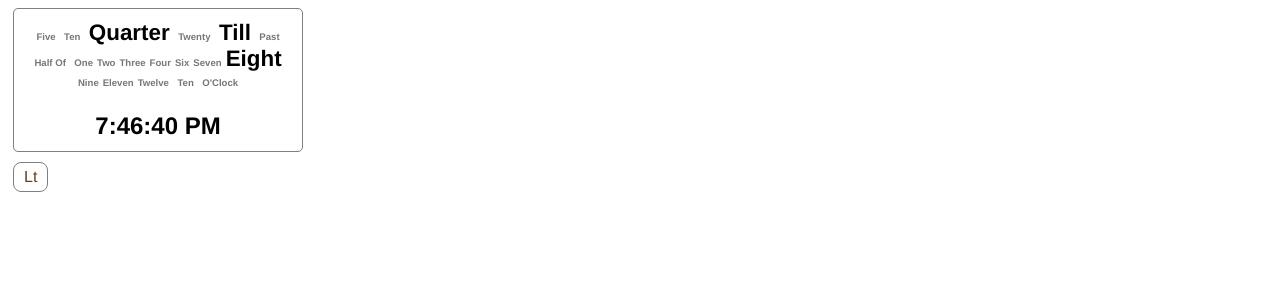
Repository: Skaidrius/WordClock
Page: index.html
The author's editor kept a record of every edit. The page is drawn from the files as they stood at one moment, then again after the next edit.
The browser window is 1280 px wide. The pictures show the whole page.
Some web libraries are served in a nearby version.

Above is the page before.

After the next edit:
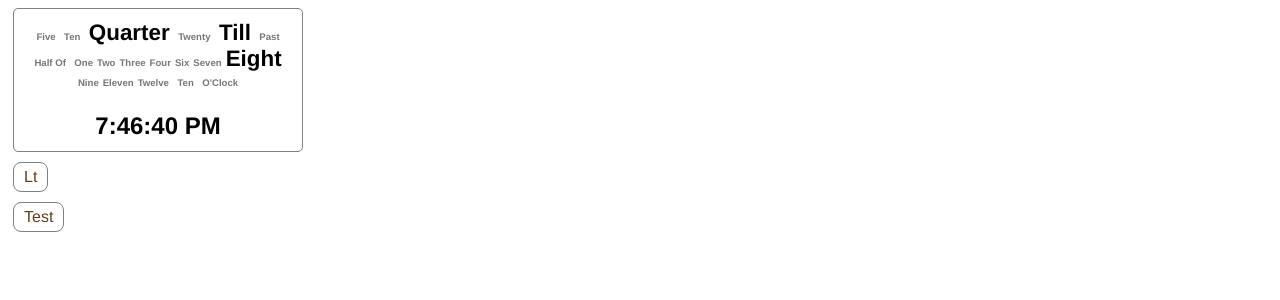
The edit:
--- a/index.html
+++ b/index.html
@@ -25,7 +25,7 @@
 
 
         <div ng-controller="TestController" ng-init="currHours = '1'; currMins = '0'; currSecs = '0'">
-            <button ng-show="settings" ng-init="show=false;" ng-click="show=!show">Test</button>
+            <button ng-init="show=false;" ng-click="show=!show">Test</button>
             <div ng-show="show" >
                 <show-big-clock></show-big-clock>
             </div>
